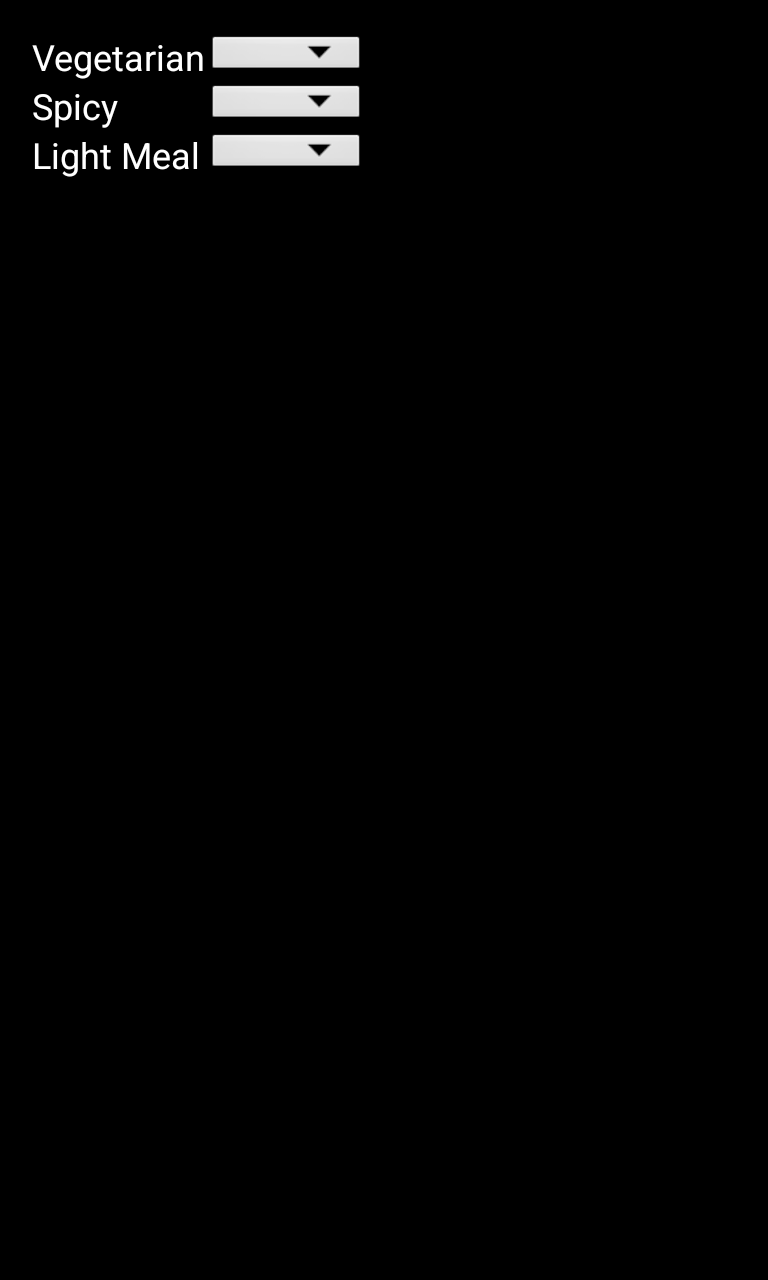
Repository: imhossu/FeedJulia
Layout: FeedJulia/res/layout/activity_survey.xml
These files come from the project's save history. The layout is drawn as it stood at one moment and after the next save; the edit follows.
It is drawn on a 768 x 1280 px phone screen (xhdpi) without system bars, with theme android:Theme.NoTitleBar; the app's code is not run.

Above is the layout before, as saved 2014-01-26 01:52:35.

After the next save:
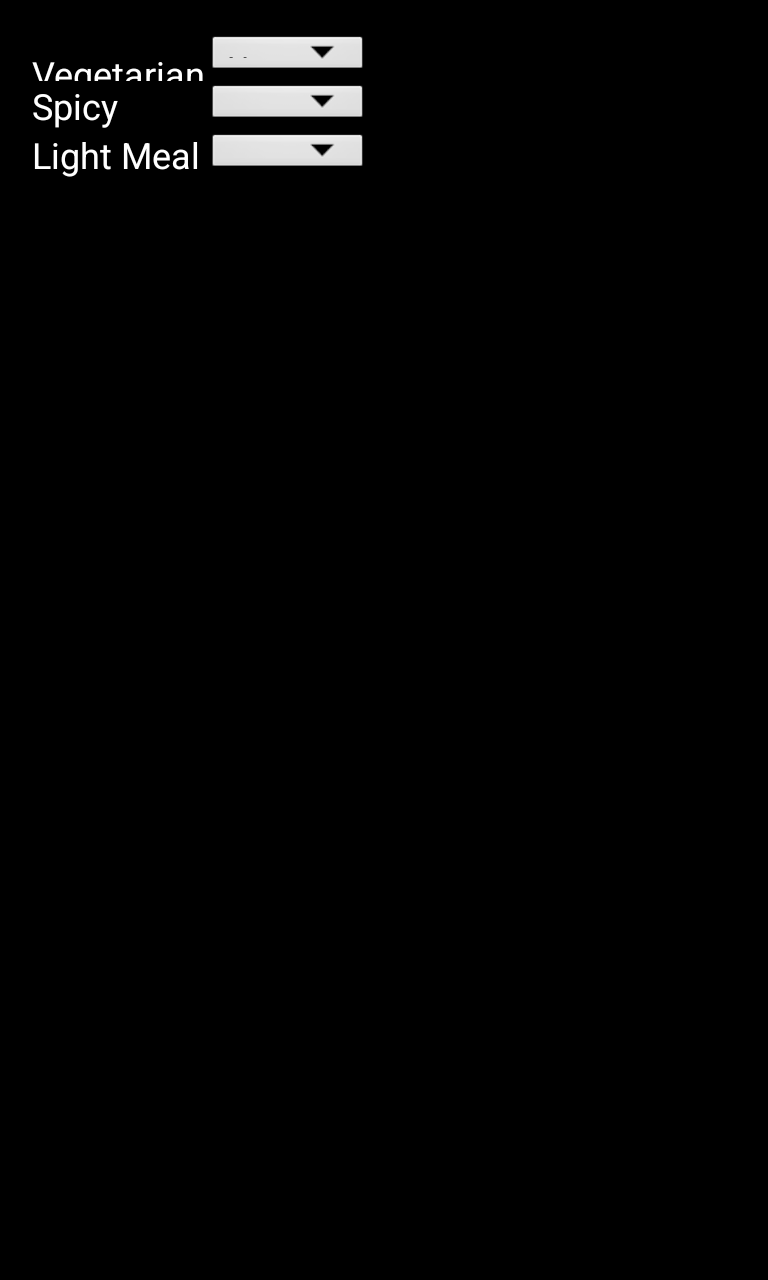
Saved 3 min 55 s later.
--- a/FeedJulia/res/layout/activity_survey.xml
+++ b/FeedJulia/res/layout/activity_survey.xml
@@ -33,13 +33,13 @@
                 android:layout_width="wrap_content"
                 android:layout_height="wrap_content"
                 android:text="Vegetarian"
-                android:entries="@array/options"
                 android:textAppearance="?android:attr/textAppearanceMedium" />
 
             <Spinner
                 android:id="@+id/Spinner01"
                 android:layout_width="match_parent"
-                android:layout_height="match_parent" />
+                android:layout_height="match_parent"
+                android:entries="@array/options"/>
         </TableRow>
 
         <TableRow
